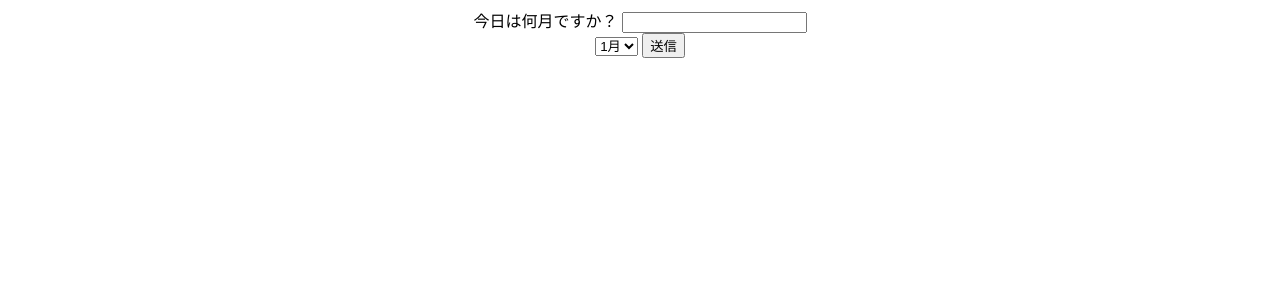
Repository: genki-iwai/curriculum
Page: JavaStudy/4-2/WebContent/select.html
An editor plug-in stored every save of this project. The page is shown before and after the next save, followed by the edit.
The browser window is 1280 px wide. The pictures show the whole page.

Above is the page before, as saved 2021-07-11 01:06:41.

After the next save:
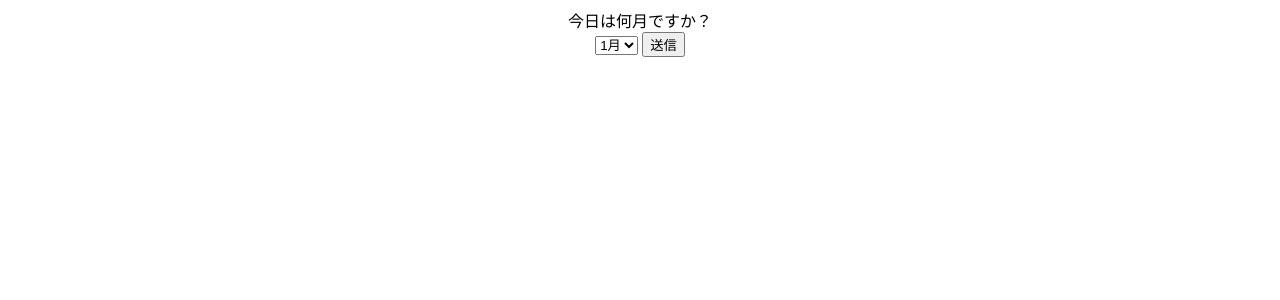
Saved 2 h 50 min later.
--- a/JavaStudy/4-2/WebContent/select.html
+++ b/JavaStudy/4-2/WebContent/select.html
@@ -8,8 +8,8 @@
  <div align="center">
  今日は何月ですか？
  <!--問① web.xmlのurl-patternを確認しformの遷移先を指定しましょう。 -->
- <input formaction="/select">
- <form action="./month" method="post">
+ <a href=""></a>
+ <form action="./month" method="post" >
  <select name="month">
  <option value="1">1月</option>
  <option value="2">2月</option>
